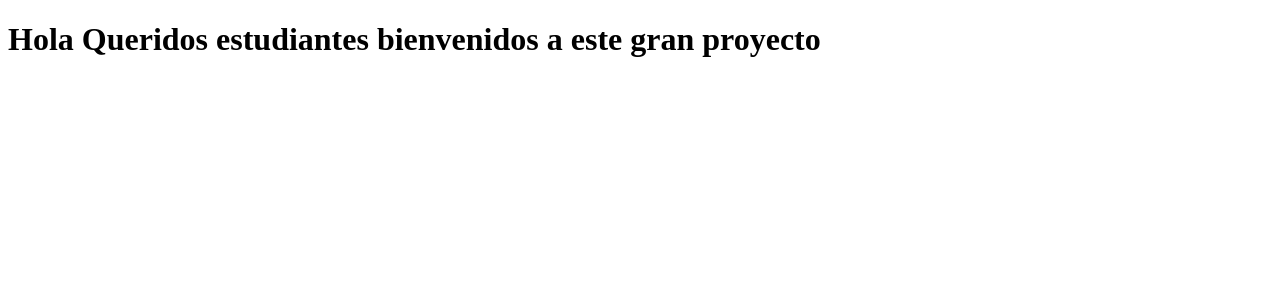
Repository: asso18195/MyWebAsso2025
Page: web.html
These files come from the project's save history. The page is drawn as it stood at one moment and after the next save; the edit follows.
The browser window is 1280 px wide. The pictures show the whole page.

Above is the page before, as saved 2025-02-22 22:41:02.

After the next save:
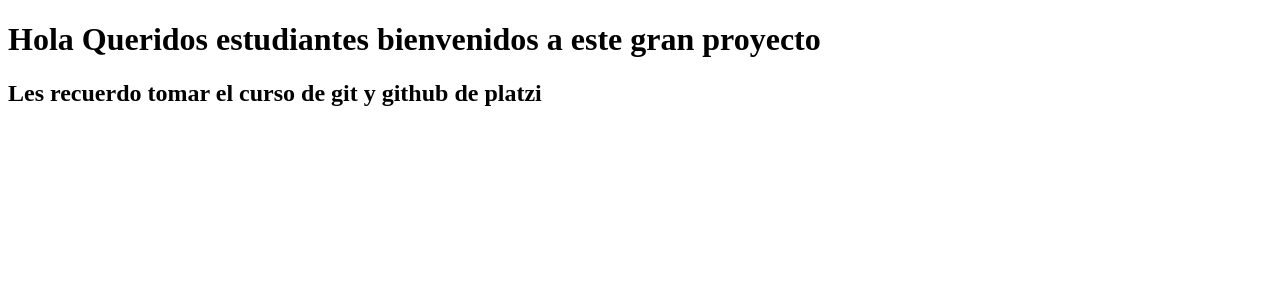
Saved 3 min 1 s later.
--- a/web.html
+++ b/web.html
@@ -8,6 +8,9 @@
             <h1>
                 Hola Queridos estudiantes bienvenidos a este gran proyecto
             </h1>
+            <h2>
+                Les recuerdo tomar el curso de git y github de platzi
+            </h2>
         </div>
     </body>
 </html>
